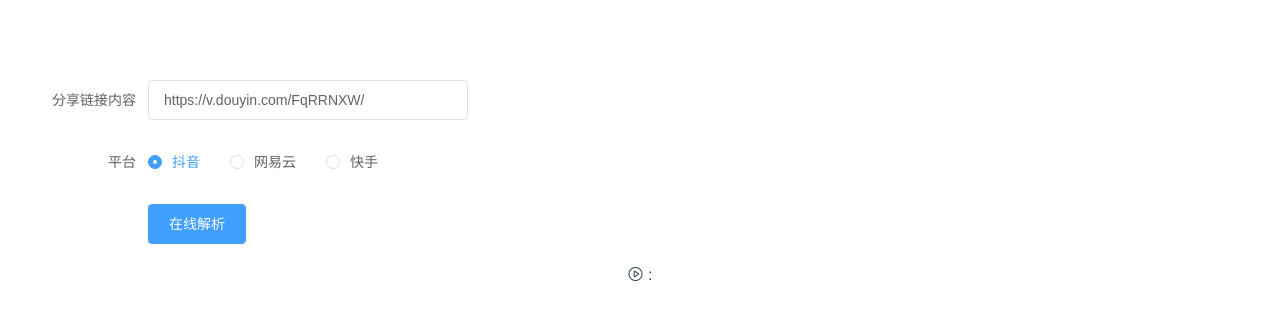
Repository: lyln/freepd
Page: / (app in frontend/freepd/)
The author's editor kept a copy of each file at every save. The page is drawn from the files as they stood at one save, then again after the next save.
The browser window is 1280 px wide. The pictures show the whole page.
The project was rebuilt for these pictures with package versions that can differ from the ones it lists, and the page was loaded fresh each time.

Above is the page before, as saved 2022-05-22 23:51:32.

### frontend/freepd/index.html
<!DOCTYPE html>
<html>
  <head>
    <meta charset="utf-8">
    <meta name="viewport" content="width=device-width,initial-scale=1.0">
    <title>freepd</title>
  </head>
  <body>
    <div id="app"></div>
    <!-- built files will be auto injected -->
  </body>
</html>

### frontend/freepd/src/main.js
// The Vue build version to load with the `import` command
// (runtime-only or standalone) has been set in webpack.base.conf with an alias.
import Vue from 'vue'
import App from './App'
import router from './router'
import ElementUI from 'element-ui';
import 'element-ui/lib/theme-chalk/index.css';

Vue.config.productionTip = false
Vue.use(ElementUI)

/* eslint-disable no-new */
new Vue({
  el: '#app',
  router,
  components: { App },
  template: '<App/>'
})

### frontend/freepd/src/App.vue
<template>
	<div id="app">
		<router-view />
	</div>
</template>

<script>
export default {
	name: 'App',
}
</script>

<style>
#app {
	font-family: 'Avenir', Helvetica, Arial, sans-serif;
	-webkit-font-smoothing: antialiased;
	-moz-osx-font-smoothing: grayscale;
	text-align: center;
	color: #2c3e50;
	margin-top: 60px;
}
</style>

### frontend/freepd/src/components/HelloWorld.vue
<template>
	<el-container>
		<el-main style="wide: 80%">
			<el-row>
				<el-col :span="24">
					<div class="grid-content bg-purple-dark"></div>

					<el-form ref="form" :model="form" label-width="120px" class="fpd-form">
						<el-form-item label="分享链接内容">
							<el-input v-model="form.url"></el-input>
						</el-form-item>
						<el-form-item label="平台" label-width="120px">
							<el-radio-group v-model="form.type">
								<el-radio :label="1">抖音</el-radio>
								<el-radio :label="2">网易云</el-radio>
								<el-radio :label="3">快手</el-radio>
							</el-radio-group>
						</el-form-item>
						<el-form-item>
							<el-button type="primary" @click="onSubmit">在线解析</el-button>
						</el-form-item>
					</el-form>

					<i class="el-icon-video-play"></i> {{':' + data.video.play }}

				</el-col>
			</el-row>
		</el-main>
	</el-container>

</template>
<script>
import axios from 'axios'
export default {
	name: 'HelloWorld',
	data() {
		return {
			msg: 'free parse download',
			form: {
				url: 'https://v.douyin.com/FqRRNXW/',
				type: 1,
			},
			data: {
				video: { play: '' },
			},
		}
	},
	methods: {
		onSubmit() {
			console.log('submit!')
			axios
				.post('http://127.0.0.1:8000/douyin', { url: this.form.url })
				.then((res) => {
					console.log(res.data)
					this.data = res.data
				})
				.catch((err) => {
					console.log('请求失败', err)
				})
		},
	},
}
</script>

<!-- Add "scoped" attribute to limit CSS to this component only -->
<style scoped>
h1,
h2 {
	font-weight: normal;
}
ul {
	list-style-type: none;
	padding: 0;
}
li {
	display: inline-block;
	margin: 0 10px;
}
a {
	color: #42b983;
}
.el-input {
	width: 320px;
}

.fpd-form {
	text-align: left;
}

.text {
	font-size: 14px;
}

.item {
	padding: 18px 0;
}

.box-card {
	width: 480px;
}
</style>

Loaded but not shown: frontend/freepd/src/router/index.js (common file)

After the next save:
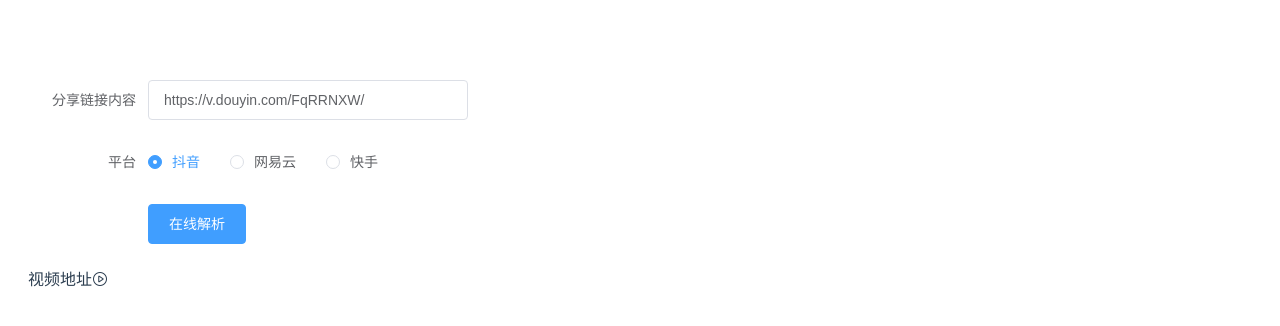
Saved 104 s later.
--- a/frontend/freepd/src/components/HelloWorld.vue
+++ b/frontend/freepd/src/components/HelloWorld.vue
@@ -19,9 +19,9 @@
 						<el-form-item>
 							<el-button type="primary" @click="onSubmit">在线解析</el-button>
 						</el-form-item>
+
+						视频地址<i class="el-icon-video-play"></i> {{data.video.play }}
 					</el-form>
-
-					<i class="el-icon-video-play"></i> {{':' + data.video.play }}
 
 				</el-col>
 			</el-row>
